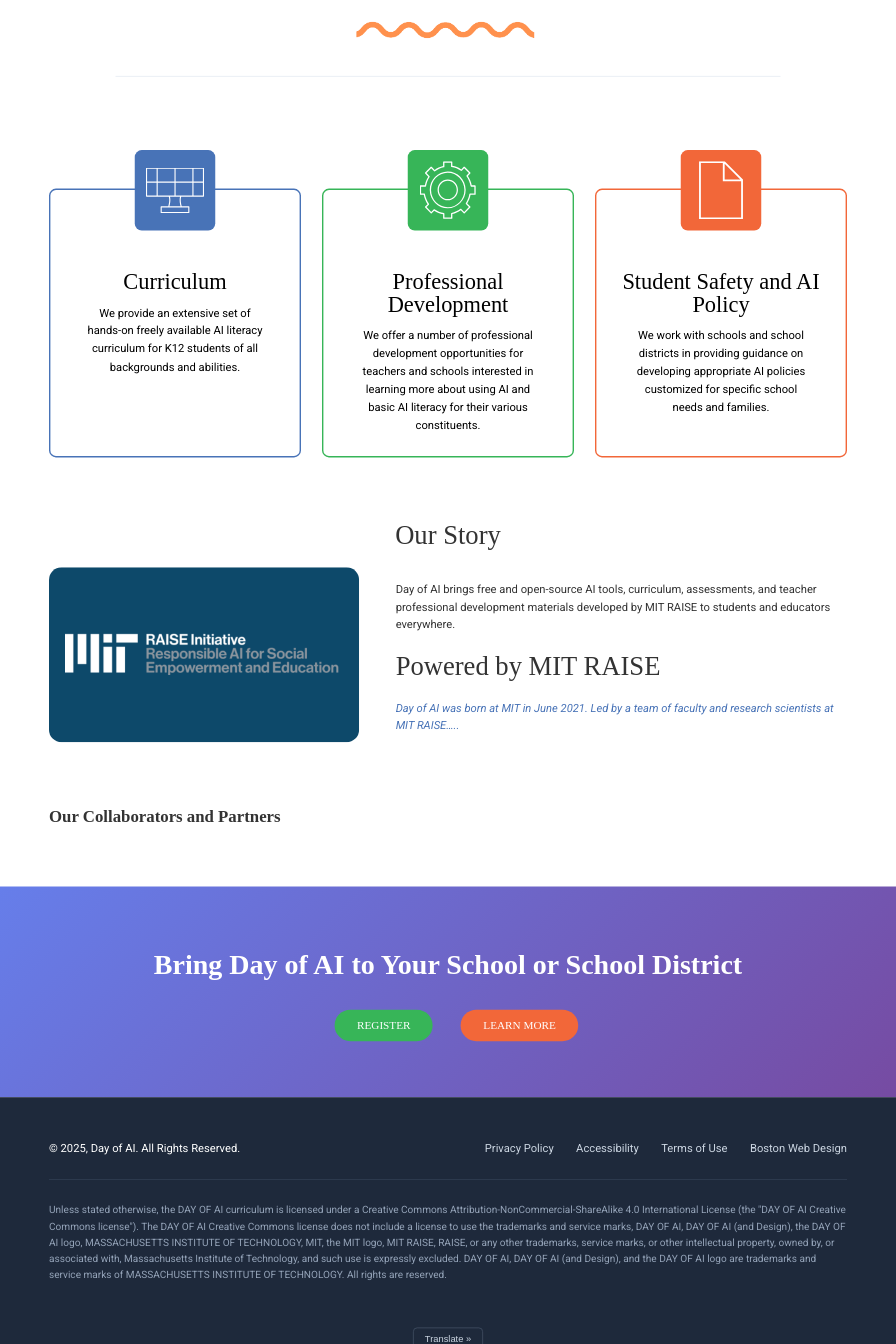
Repository: dinhtri123/dayofai
Page: index.html
An editor plug-in stored every save of this project. The page is shown before and after the next save, followed by the edit.
The browser window is 1280 px wide. The pictures show the part of the page from y = 1318 to 3238 px (the page is 3394 px tall), at 70% of full size.
A picture or video elsewhere on the page could not be fetched, so the positions and the page height are approximate. Some web fonts or font styles are not loaded; a fallback is used.

Above is the page before, as saved 2025-06-29 19:21:19.

### index.html
<!DOCTYPE html>
<html lang="en">

<head>
  <meta charset="UTF-8">
  <meta name="viewport" content="width=device-width, initial-scale=1.0">
  <title>Day of AI - AI is for everyone</title>
  <link rel="stylesheet" href="styles.css">
  <link rel="preconnect" href="https://fonts.googleapis.com">
  <link rel="preconnect" href="https://fonts.gstatic.com" crossorigin>
  <link href="https://fonts.googleapis.com/css2?family=Gugi&family=Roboto:ital,wght@0,100..900;1,100..900&display=swap"
    rel="stylesheet">
  <link rel="stylesheet" href="https://cdnjs.cloudflare.com/ajax/libs/font-awesome/6.0.0/css/all.min.css">
</head>

<body>
  <!-- Header -->
  <header class="header">
    <nav class="navbar container">
      <div class="nav-container">
        <div class="nav-logo">
          <img src="./images/logo.svg" alt="Day of AI Logo">
        </div>

        <div class="header-main">
          <div class="header-search">
            <i class="fa-solid fa-magnifying-glass"></i>
            <input type="search" name="search" id="search" placeholder="SEARCH">
          </div>
          <div class="header-menu">
            <ul class="nav-menu">
              <li class="nav-item dropdown">
                <a href="#" class="nav-link">Teachers <i class="fa-solid fa-caret-down"></i></a>
                <ul class="dropdown-menu">
                  <li><a href="#">Curriculum</a></li>
                  <li><a href="#">Seasonal and Monthly Activities</a></li>
                  <li><a href="#">Professional Development</a></li>
                  <li><a href="#">Family Resources</a></li>
                </ul>
              </li>
              <li class="nav-item dropdown">
                <a href="#" class="nav-link">School Administrators <i class="fa-solid fa-caret-down"></i></a>
                <ul class="dropdown-menu">
                  <li><a href="#">Professional Development</a></li>
                  <li><a href="#">Curriculum</a></li>
                  <li><a href="#">Student Safety & AI Policy</a></li>
                  <li><a href="#">Family Resources</a></li>
                </ul>
              </li>
              <li class="nav-item">
                <a href="#" class="nav-link">International</a>
              </li>
              <li class="nav-item">
                <a href="#" class="nav-link">Partners</a>
              </li>
              <li class="nav-item dropdown">
                <a href="#" class="nav-link">About Us <i class="fa-solid fa-caret-down"></i></a>
                <ul class="dropdown-menu">
                  <li><a href="#">Our Team</a></li>
                  <li><a href="#">Our Story</a></li>
                  <li><a href="#">FAQ</a></li>
                  <li><a href="#">News & Impact</a></li>
                </ul>
              </li>
              <li class="nav-item">
                <a href="#" class="nav-link">Contact Us</a>
              </li>
            </ul>
            <div class="nav-buttons">
              <button class="btn btn-primary">Register</button>
            </div>
          </div>
        </div>


        <div class="hamburger">
          <span class="icon-menu">
            <i class="fa-solid fa-bars"></i>
          </span>
          <span class="icon-close">
            <i class="fa-solid fa-xmark"></i>
          </span>
        </div>
      </div>
    </nav>
  </header>

  <main>
    <!-- Hero Section -->
    <section class="hero">
      <div class="hero-video">
        <video src="./images/hero-video-short2.mp4" autoplay muted loop></video>
      </div>
      <div class="container">
        <div class="hero-content">
          <h1 class="hero-title">AI is for everyone.</h1>
          <p class="hero-subtitle">Empower your school and your students to thrive in a world of AI!</p>
          <div class="hero-bottom">
            <h3>Day of AI + Common Sense Media Have Teamed Up for Families!</h3>
            <button class="btn btn-primary">Learn More</button>
          </div>
        </div>
      </div>
    </section>
    <section class="section-desc">
      <div class="container">
        <div class="content-grid">
          <div class="content-item">
            <h2>Day of AI isn't just one day</h2>
            <p>—it's your day to explore AI whenever it fits your schedule! Whether a single lesson or a full event, Day
              of AI can be run at your school over a day, week, month, or year. Feel free to contact us to help you
              decide
              how to bring AI literacy to your students!</p>
          </div>

          <div class="content-item">
            <h2>We work with schools and school districts to:</h2>
            <div class="services-grid">
              <div class="service-card">
                <h3>Create AI literacy programs for all school stakeholders, including students, teachers,
                  administrators,
                  and families.</h3>
                  <img src="./images/line1.webp" alt="">
              </div>
              <div class="service-card">
                <h3>Train and educate teachers on how to use AI and AI-enabled tools to support their work.</h3>
                <img src="./images/line2.webp" alt="">
              </div>
              <div class="service-card">
                <h3>Ensure student safety by developing responsible and equitable AI policies in their school.</h3>
                <img src="./images/line3.webp" alt="">
              </div>
            </div>
          </div>
        </div>
      </div>
    </section>

    <!-- Features Section -->
    <section class="features">
      <div class="container">
        <div class="features-grid">
          <div class="feature-card">
            <div class="feature-icon">
              <img src="./images/service-icon1.svg" alt="">
            </div>
            <h3>Curriculum</h3>
            <p>We provide an extensive set of hands-on freely available AI literacy curriculum for K12 students of all
              backgrounds and abilities.</p>
          </div>

          <div class="feature-card">
            <div class="feature-icon">
              <img src="./images/service-icon2.svg" alt="">
            </div>
            <h3>Professional Development</h3>
            <p>We offer a number of professional development opportunities for teachers and schools interested in
              learning
              more about using AI and basic AI literacy for their various constituents.</p>
          </div>

          <div class="feature-card">
            <div class="feature-icon">
              <img src="./images/service-icon3.svg" alt="">
            </div>
            <h3>Student Safety and AI Policy</h3>
            <p>We work with schools and school districts in providing guidance on developing appropriate AI policies
              customized for specific school needs and families.</p>
          </div>
        </div>
      </div>
    </section>

    <!-- About Section -->
    <section class="about">
      <div class="container">
        <div class="about-content">
          <h2>Our Story</h2>
          <div class="about-inner">
            <div>
              <img src="./images/Raise-2-1.webp" alt="">
            </div>
            <div>
              <p>Day of AI brings free and open-source AI tools, curriculum, assessments, and teacher professional development materials developed by MIT RAISE to students and educators everywhere.</p>
              <h3>Powered by MIT RAISE</h3>
              <a href="">Day of AI was born at MIT in June 2021. Led by a team of faculty and research scientists at MIT RAISE…..</a>
            </div>
          </div>
        </div>
      </div>
    </section>
    <!-- Partners Section -->
    <section class="partners">
      <div class="container">
        <h2 class="title-common">Our Collaborators and Partners</h2>

      </div>
    </section>
    <!-- CTA Section -->
    <section class="cta">
      <div class="container">
        <div class="cta-content">
          <h2>Bring Day of AI to Your School or School District</h2>
          <div class="cta-buttons">
            <button class="btn btn-primary">Register</button>
            <button class="btn btn-secondary">Learn More</button>
          </div>
        </div>
      </div>
    </section>
  </main>

  <!-- Footer -->
  <footer class="footer">
    <div class="container">
      <div class="footer-content">
        <div class="footer-section">
          <p>&copy; 2025, Day of AI. All Rights Reserved.</p>
          <div class="footer-links">
            <a href="#">Privacy Policy</a>
            <a href="#">Accessibility</a>
            <a href="#">Terms of Use</a>
            <a href="#">Boston Web Design</a>
          </div>
        </div>

        <div class="footer-legal">
          <p>Unless stated otherwise, the DAY OF AI curriculum is licensed under a Creative Commons
            Attribution-NonCommercial-ShareAlike 4.0 International License (the "DAY OF AI Creative Commons license").
            The DAY OF AI Creative Commons license does not include a license to use the trademarks and service marks,
            DAY OF AI, DAY OF AI (and Design), the DAY OF AI logo, MASSACHUSETTS INSTITUTE OF TECHNOLOGY, MIT, the MIT
            logo, MIT RAISE, RAISE, or any other trademarks, service marks, or other intellectual property, owned by, or
            associated with, Massachusetts Institute of Technology, and such use is expressly excluded. DAY OF AI, DAY
            OF AI (and Design), and the DAY OF AI logo are trademarks and service marks of MASSACHUSETTS INSTITUTE OF
            TECHNOLOGY. All rights are reserved.</p>
        </div>

        <div class="footer-translate">
          <button class="translate-btn">Translate »</button>
        </div>
      </div>
    </div>
  </footer>

  <script src="script.js"></script>
</body>

</html>

### styles.css
:root {
  --font-family: "Roboto", sans-serif;
  --font-secondary: "Gugi", cursive;
  --color-primary: #4873b7;
  --color-secondary: #37b558;
  --color-third: #f26739;
}
* {
  margin: 0;
  padding: 0;
  box-sizing: border-box;
}

body {
  font-family: var(--font-family);
  line-height: 1.6;
  color: #333;
  overflow-x: hidden;
}

.container {
  max-width: 1170px;
  margin: 0 auto;
  padding: 0 15px;
}
h1,h2,h3,h4,h5,h6{
  font-family: var(--font-secondary);
}

/* Header Styles */
.header {
  background: #fff;
  box-shadow: 0 2px 10px rgba(0, 0, 0, 0.1);
  width: 100%;
}
.header-main {
  display: flex;
  flex-direction: column;
  flex: 1;
}
.header-search {
  display: flex;
  align-items: center;
  justify-content: end;
  border-bottom: 1px solid var(--color-primary);
  height: 35px;
}
.header-search input {
  border: none;
  outline: none;
  width: 100px;
  max-width: 300px;
  height: 100%;
  padding: 0 10px;
  transition: width 1s linear;
}
.header-search i {
  color: var(--color-secondary);
}

.navbar {
  padding: 10px 15px;
}

.nav-container {
  display: flex;
  justify-content: space-between;
  align-items: center;
}
.nav-logo {
  max-width: 160px;
  width: 100%;
  height: auto;
}

.nav-logo img {
  max-width: 90px;
  width: 100%;
  height: auto;
}

.header-menu {
  display: flex;
  align-items: center;
  justify-content: end;
  flex-wrap: wrap;
}
.nav-menu {
  display: flex;
  list-style: none;
  align-items: center;
}

.nav-item {
  position: relative;
}

.nav-link {
  text-decoration: none;
  color: #333;
  font-weight: 500;
  padding: 20px 16px;
  transition: color 0.3s ease;
  display: flex;
  align-items: center;
  gap: 5px;
}

.nav-link:hover {
  color: #2563eb;
}
.nav-link i {
  color: var(--color-primary);
}

.dropdown-menu {
  position: absolute;
  top: 100%;
  left: 0;
  background: #fff;
  box-shadow: 0 4px 20px rgba(0, 0, 0, 0.15);
  border-radius: 8px;
  min-width: 250px;
  width: max-content;
  opacity: 0;
  visibility: hidden;
  transform: translateY(-10px);
  transition: all 0.3s ease;
  list-style: none;
  overflow: hidden;
}

.dropdown:hover .dropdown-menu {
  opacity: 1;
  visibility: visible;
  transform: translateY(0);
}

.dropdown-menu li a {
  display: block;
  padding: 0.75rem 1.5rem;
  color: #333;
  text-decoration: none;
  transition: background-color 0.2s ease;
}

.dropdown-menu li a:hover {
  background-color: var(--color-primary);
  color: #fff;
}

.btn {
  display: flex;
  align-items: center;
  margin-left: 24px;
  font-family: var(--font-secondary);
  background-color: var(--color-secondary);
  color: #fff;
  padding: 0px 32px;
  border-radius: 30px;
  min-height: 45px;
  text-transform: uppercase;
  border: none;
  line-height: 1;
  font-size: 16px;
  transition: all 0.3s ease;
}
.btn-primary {
  background-color: var(--color-secondary);
}
.btn-primary:hover {
  background-color: var(--color-third);
}
.btn-secondary {
  background-color: var(--color-third);
  color: white;
}
.btn-secondary:hover {
  background-color: var(--color-secondary);
}
.bth-third {
  background: transparent;
  color: white;
  border: 1px solid white;
}
.bth-third:hover {
  background-color: var(--color-secondary);
}
.hamburger {
  display: none;
  flex-direction: column;
  cursor: pointer;
}
.hamburger i {
  font-size: 20px;
  color: black;
}

/* Hero Section */
.hero {
  color: #fff;
  position: relative;

  text-align: center;
}
.hero-content {
  position: relative;
  z-index: 1;
  min-height: 500px;
  display: flex;
  flex-direction: column;
  align-items: center;
  justify-content: center;
}
.hero-video {
  position: absolute;
  top: 0;
  left: 0;
  width: 100%;
  height: 100%;
  z-index: -1;
  overflow: hidden;
}
.hero-video::before {
  content: "";
  position: absolute;
  top: 0;
  left: 0;
  width: 100%;
  height: 100%;
  background: rgba(0, 0, 0, 0.5);
}
.hero-video video {
  width: 100%;
}

.hero-title {
  font-size: 64px;
  font-family: var(--font-secondary);
  font-weight: 700;
  margin-bottom: 8px;
  line-height: 1.2;
}

.hero-subtitle {
  font-size: 30px;
  max-width: 500px;
  margin: 0 auto;
}

.hero-bottom {
  display: flex;
  align-items: center;
  justify-content: space-between;
  gap: 16px;
  position: absolute;
  bottom: -30px;
  left: 50%;
  transform: translateX(-50%);
  background: var(--color-third);
  min-height: 60px;
  border-radius: 30px;
  width: 100%;
}
.hero-bottom h3 {
  font-size: 24px;
  color: white;
  padding: 0px 20px;
  font-weight: 300;
}
.hero-bottom button {
  background: var(--color-primary);
  padding: 0px 48px;
  text-transform: uppercase;
  font-family: var(--font-secondary);
  min-height: inherit;
}

.section-desc {
  padding: 100px 0 80px;
}

.content-grid {
  max-width: 950px;
  margin: 0 auto;
  text-align: center;
}
.content-item {
  border-bottom: 1px solid #e2e8f0;
  padding: 15px 0px;
}

.content-item h2 {
  font-size: 38px;
  color: var(--color-primary);
  margin-bottom: 8px;
  font-weight: 500;
}

.content-item p {
  font-size: 24px;
  font-family: var(--font-secondary);
  color: #212539;
}
.services-card {
  text-align: center
}
.service-card h3 {
  color: #212539;
  font-size: 24px;
  font-weight: 600;
}
.service-card img {
  max-width: 300px;
  margin: 0 auto;
}

/* Features Section */
.features {
  padding: 80px 0;
  background: #fff;
}

.features-grid {
  display: grid;
  grid-template-columns: repeat(3, 1fr);
  gap: 30px;
}
.feature-card {
  text-align: center;
  padding: 115px 32px 32px;
  position: relative;
  border: 2px solid var(--color-primary);
  border-radius: 10px;
  color: black;
}
.feature-card .feature-icon {
  position: absolute;
  top: -57px;
  left: 50%;
  transform: translateX(-50%);
  width: 115px;
  height: 115px;
  background: var(--color-primary);
  border-radius: 10px;
  padding: 16px;
}
.feature-card .feature-icon img {
  width: 100%;
  height: 100%;
  object-fit: contain;
  transition: all 0.3s ease;
}
.feature-card:hover .feature-icon img {
  transform: rotate(360deg);
}

.feature-card h3{
  font-size: 32px;
  font-weight: 500;
  margin-bottom: 16px;
  line-height: 1;
}
.feature-card p {
  font-weight: 400;
  padding: 0px 20px;
}
.feature-card:nth-child(2) {
  border-color: var(--color-secondary);
}
.feature-card:nth-child(3) {
  border-color: var(--color-third);
}
.feature-card:nth-child(2) .feature-icon {
  background: var(--color-secondary);
}
.feature-card:nth-child(3) .feature-icon {
  background: var(--color-third);
}


/* About Section */
.about {
  padding-bottom: 80px;;
}


.about-content h2 {
 font-size: 38px;
 text-align: center;
 font-weight: 500;
}

.about-inner {
  display: grid;
  grid-template-columns: 1fr 1.5fr;
  gap: 32px;
  align-items: center;
  margin-top: 16px;
}
.about-inner img {
  width: 100%;
  height: 100%;
  object-fit: cover;
  border-radius: 18px;
  aspect-ratio: 16/9;
}
.about-inner >div:last-child {
  display: flex;
  flex-direction: column;
  gap: 16px;
  padding-left: 20px;
}
.about-inner >div:last-child h3 {
  font-size: 38px;
  font-weight: 500;
}
.about-inner >div:last-child a {
  text-decoration: none;
  color: var(--color-primary);
  font-style: italic;
}
/* Partners Section */
.partners {
  padding-bottom: 80px;
}



/* CTA Section */
.cta {
  padding: 80px 0;
  background: linear-gradient(135deg, #667eea 0%, #764ba2 100%);
  color: #fff;
  text-align: center;
}

.cta-content h2 {
  font-size: 2.5rem;
  font-weight: 600;
  margin-bottom: 2rem;
}

.cta-buttons {
  display: flex;
  gap: 1rem;
  justify-content: center;
  flex-wrap: wrap;
}

/* Footer */
.footer {
  background: #1e293b;
  color: #fff;
  padding: 60px 0 30px;
}

.footer-content {
  display: grid;
  gap: 2rem;
}

.footer-section {
  display: flex;
  justify-content: space-between;
  align-items: center;
  flex-wrap: wrap;
  gap: 1rem;
}

.footer-links {
  display: flex;
  gap: 2rem;
  flex-wrap: wrap;
}

.footer-links a {
  color: #cbd5e1;
  text-decoration: none;
  transition: color 0.3s ease;
}

.footer-links a:hover {
  color: #fff;
}

.footer-legal {
  border-top: 1px solid #334155;
  padding-top: 2rem;
}

.footer-legal p {
  font-size: 0.9rem;
  color: #94a3b8;
  line-height: 1.6;
}

.footer-translate {
  text-align: center;
  padding-top: 2rem;
}

.translate-btn {
  background: transparent;
  color: #cbd5e1;
  border: 1px solid #475569;
  padding: 0.5rem 1rem;
  border-radius: 6px;
  cursor: pointer;
  transition: all 0.3s ease;
}

.translate-btn:hover {
  background: #475569;
  color: #fff;
}

/* Responsive Design */
@media (max-width: 768px) {
  .header-main {
    position: absolute;
    top: 100%;
    left: 0px;
    flex-direction: column;
    background-color: #fff;
    width: 100%;
    text-align: center;
    transition: 0.3s;
    box-shadow: 0 10px 27px rgba(0, 0, 0, 0.05);
    z-index: 1000;
    display: none;
  }
  .header-main.active {
    display: flex;
  }
  .nav-menu.active {
    left: 0;
  }
  .header-search {
    padding: 0px 15px;
  }
  .navbar {
    padding: 10px 15px !important;
  }
  .nav-menu li {
    width: 100%;
  }
  .nav-logo img {
    max-width: 50px;
  }
  .nav-link {
    justify-content: space-between;
  }
  .header-search input {
    width: 100%;
    max-width: 100%;
  }
  .dropdown-menu {
    position: static;
    opacity: 1;
    visibility: visible;
    transform: none;
    box-shadow: none;
    width: 100%;
    display: none;
  }
  .dropdown-menu.active {
    display: block;
  }
  .dropdown-menu li a {
    text-align: left;
    padding: 10px 16px;
    border-bottom: 1px solid #e2e8f0;
  }
  .nav-menu > li {
    border-bottom: 1px solid #e2e8f0;
  }
  .hamburger {
    display: flex;
    width: 40px;
    height: 40px;
    align-items: center;
    justify-content: center;
  }
  .nav-menu {
    flex-direction: column;
    width: 100%;
  }
  .header-menu {
    justify-content: start;
  }
  .icon-close {
    display: none;
  }
  .hamburger.active .icon-menu {
    display: none;
  }

  .hamburger.active .icon-close {
    display: block;
  }

  .nav-buttons {
    display: none;
  }

  .hero-title {
    font-size: 2.5rem;
  }

  .hero-subtitle {
    font-size: 1.1rem;
  }

  .content-item h2,
  .about-content h2,
  .cta-content h2 {
    font-size: 2rem;
  }

  .services-grid,
  .features-grid {
    grid-template-columns: 1fr;
  }

  .footer-section {
    flex-direction: column;
    text-align: center;
  }

  .footer-links {
    justify-content: center;
  }

  .cta-buttons {
    flex-direction: column;
    align-items: center;
  }

  .cta-buttons .btn {
    width: 100%;
    max-width: 300px;
  }
}

@media (max-width: 480px) {
  .container {
    padding: 0 15px;
  }

  .hero {
    padding: 100px 0 60px;
  }

  .hero-title {
    font-size: 2rem;
  }

  .main-content,
  .features,
  .about,
  .cta {
    padding: 60px 0;
  }

  .service-card,
  .feature-card {
    padding: 1.5rem;
  }
}

/* Animations */
@keyframes fadeInUp {
  from {
    opacity: 0;
    transform: translateY(30px);
  }
  to {
    opacity: 1;
    transform: translateY(0);
  }
}

### script.js
// Header Search
const media = window.matchMedia("(min-width: 768px)");
if (media.matches) {
  const searchInput = document.querySelector(".header-search input");

  searchInput.addEventListener("click", () => {
    searchInput.style.width = "100%";
  });
  document.addEventListener("click", (e) => {
    if (!searchInput.contains(e.target)) {
      searchInput.style.width = "100px";
    }
  });
}
if (!media.matches) {
  const dropdownMenu = Array.from(document.querySelectorAll(".nav-item.dropdown"));
  dropdownMenu.map(item => {
    item.addEventListener("click", () => {
      item.querySelector(".dropdown-menu").classList.toggle("active");
    })
  })
}

// Mobile Navigation Toggle
const hamburger = document.querySelector(".hamburger");
const headerMain = document.querySelector(".header-main");

hamburger.addEventListener("click", () => {
  if(hamburger.classList.contains("active")){
    hamburger.classList.remove("active");
    headerMain.classList.remove("active");
  } else {
    hamburger.classList.add("active");
    headerMain.classList.add("active");
  }
});

After the next save:
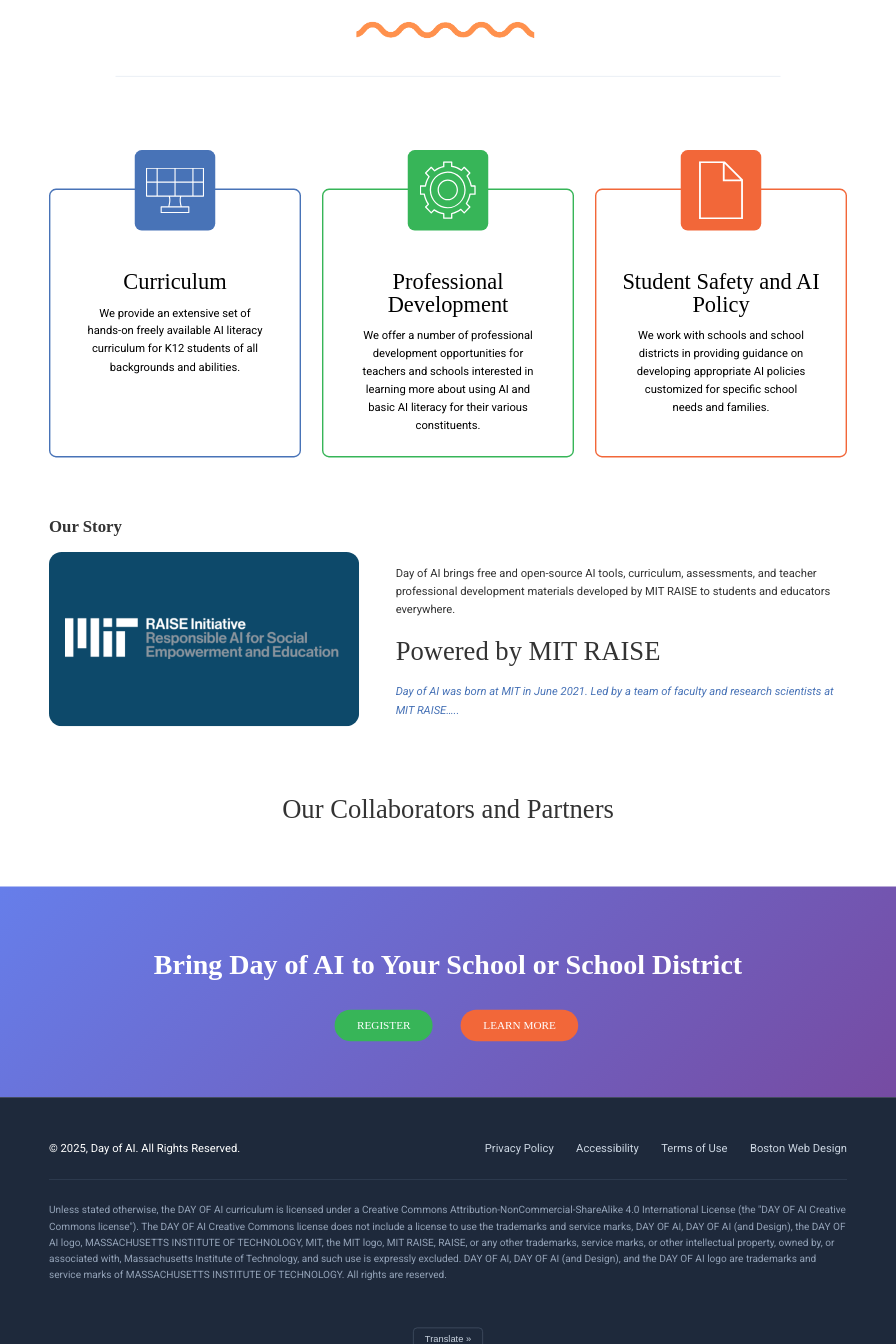
Saved 9 s later.
--- a/styles.css
+++ b/styles.css
@@ -385,7 +385,7 @@
 }
 
 
-.about-content h2 {
+.title-common {
  font-size: 38px;
  text-align: center;
  font-weight: 500;
